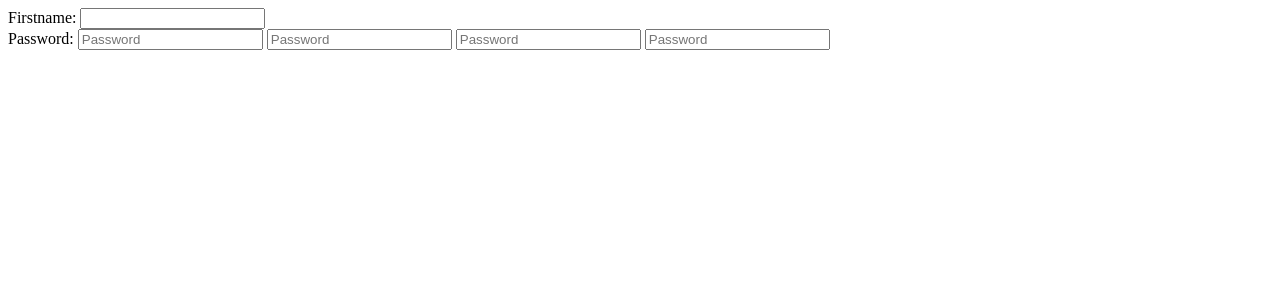
Repository: Tranghii/HTML-CSS
Page: HTML&CSS/form.html
An editor plug-in stored every save of this project. The page is shown before and after the next save, followed by the edit.
The browser window is 1280 px wide. The pictures show the whole page.

Above is the page before, as saved 2025-10-11 16:55:22.

After the next save:
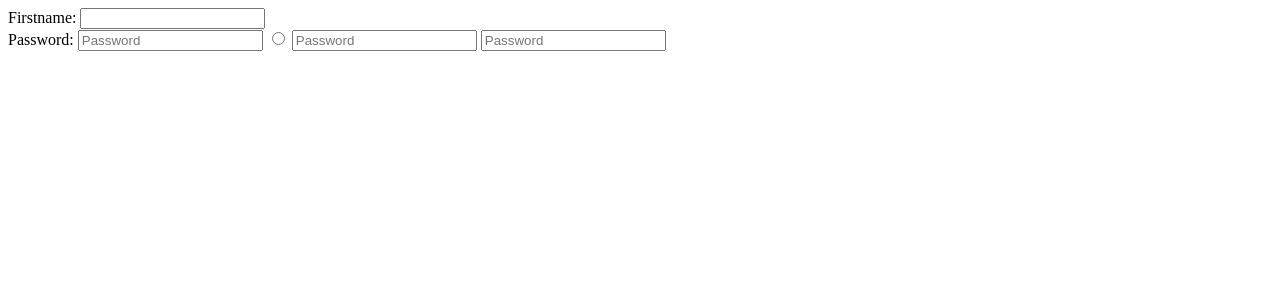
Saved 7 s later.
--- a/HTML&CSS/form.html
+++ b/HTML&CSS/form.html
@@ -12,7 +12,7 @@
         <br>
         <label for="">Password:</label>
         <input type="Password" name="pass" id="pass" placeholder="Password">
-        <input type="Password" name="pass" id="pass" placeholder="Password">
+        <input type="radio" name="pass" id="pass" placeholder="Password">
         <input type="Password" name="pass" id="pass" placeholder="Password">
         <input type="Password" name="pass" id="pass" placeholder="Password">
 
